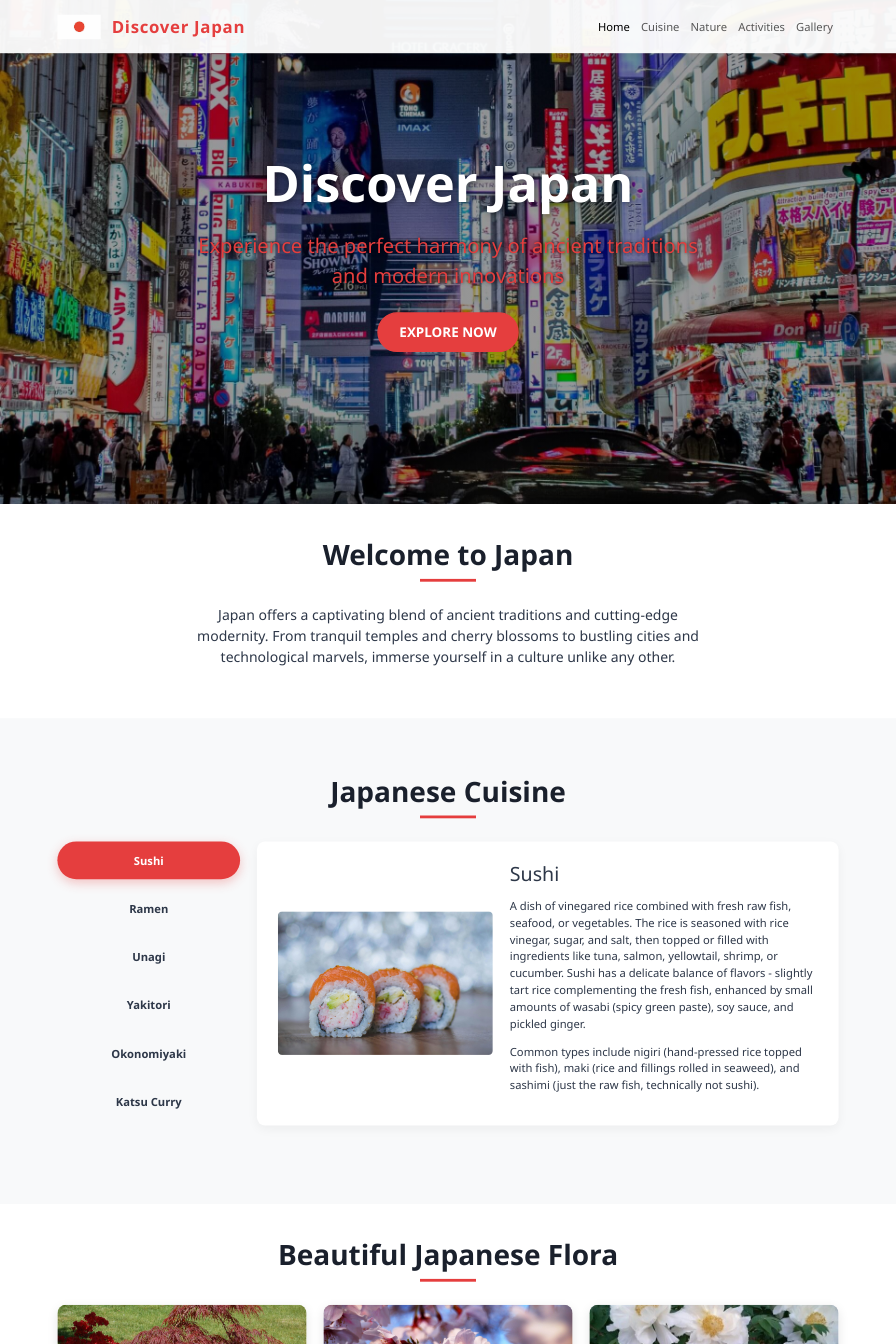
Repository: urielaracena/softwareDev
Page: project1/project1.html
These files come from the project's save history. The page is drawn as it stood at one moment and after the next save; the edit follows.
The browser window is 1280 px wide. The pictures show the part of the page from y = 0 to 1920 px (the page is 5087 px tall), at 70% of full size.
Backgrounds fixed to the window are drawn as part of the page.

Above is the page before, as saved 2025-04-18 13:30:39.

After the next save:
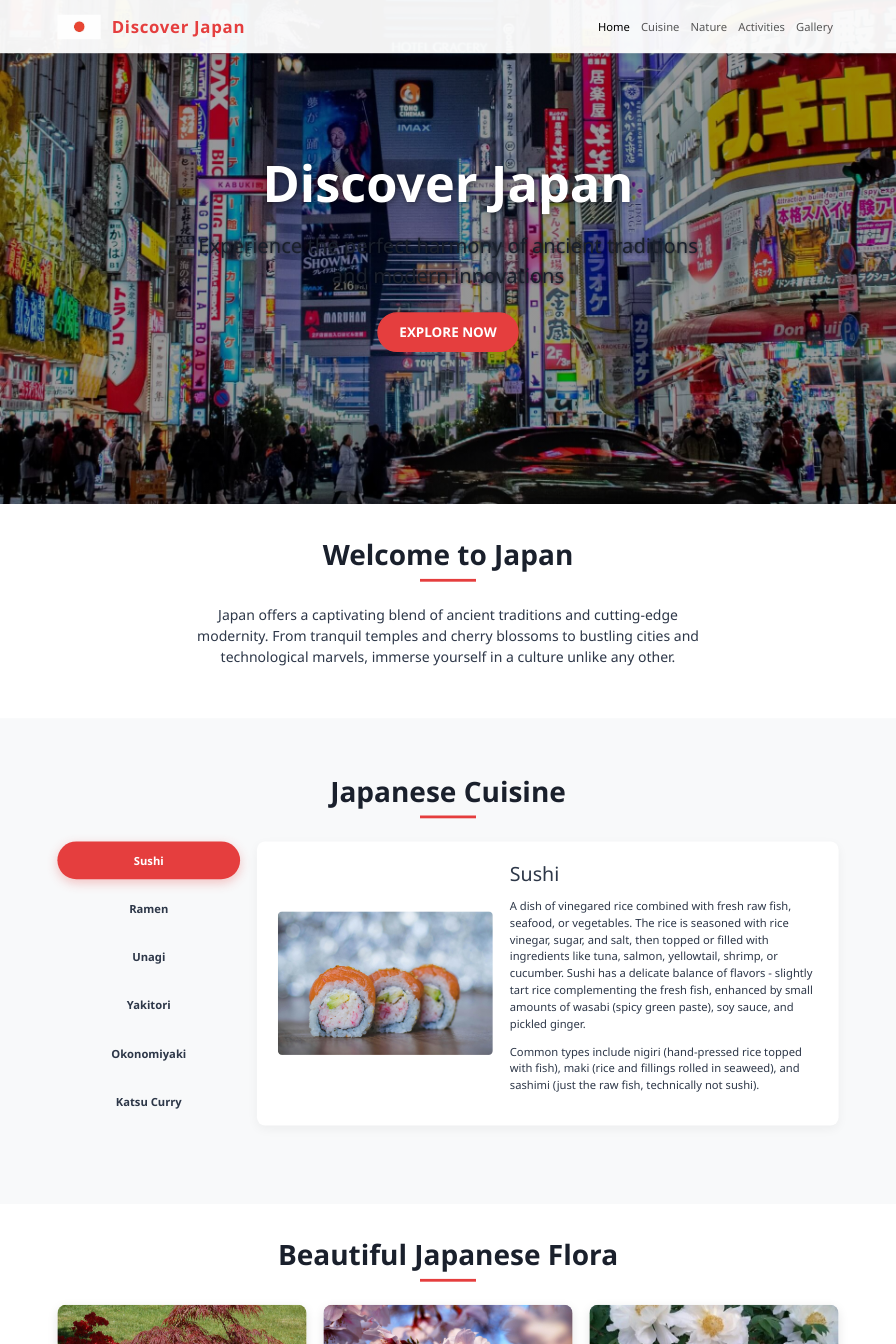
Saved 26 s later.
--- a/project1/project1style.css
+++ b/project1/project1style.css
@@ -61,7 +61,7 @@
   }
 
   .hero-subtitle {
-    color: var(--primary);
+    color: var(--secondary);
     font-size: 1.8rem;
     font-weight: 300;
     margin-bottom: 2rem;
